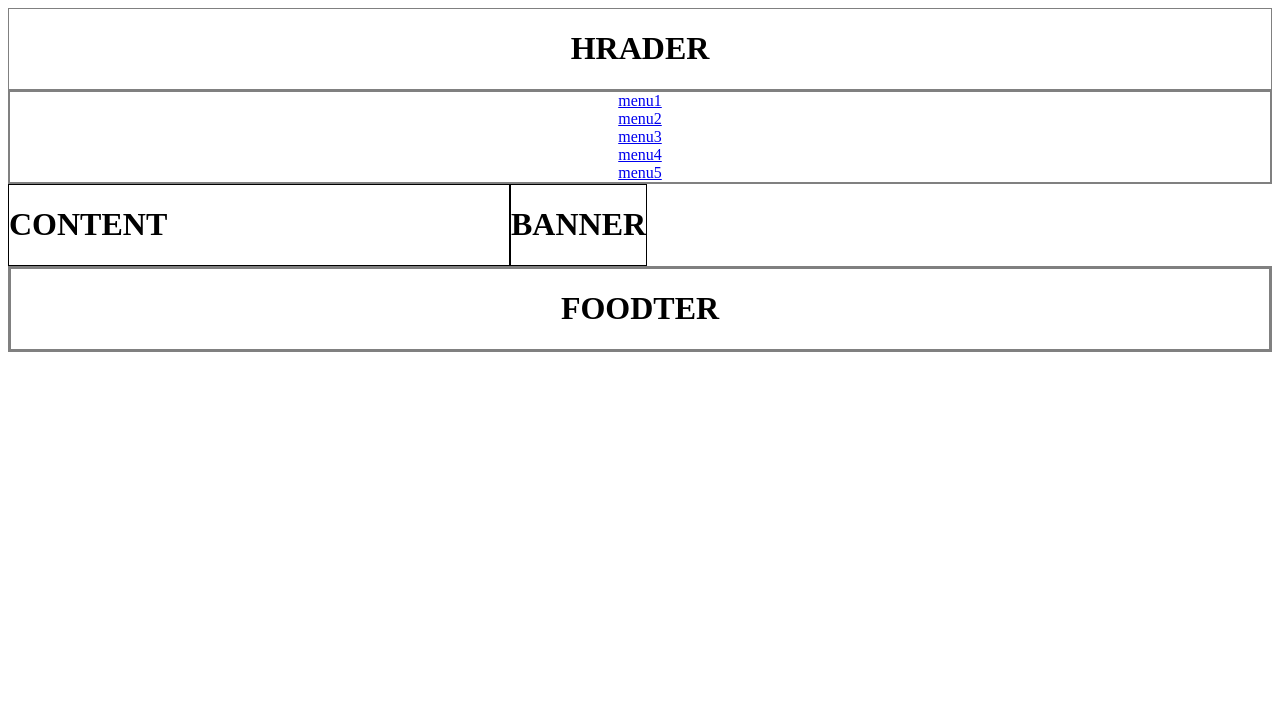
Repository: luna2222/web
Page: 01HTML5/WebContent/[11강]CSS3속성3/11_04_03Layout.html
An editor plug-in stored every save of this project. The page is shown before and after the next save, followed by the edit.
The browser window is 1280 px wide. The pictures show the whole page.

Above is the page before, as saved 2019-02-20 09:12:03.

After the next save:
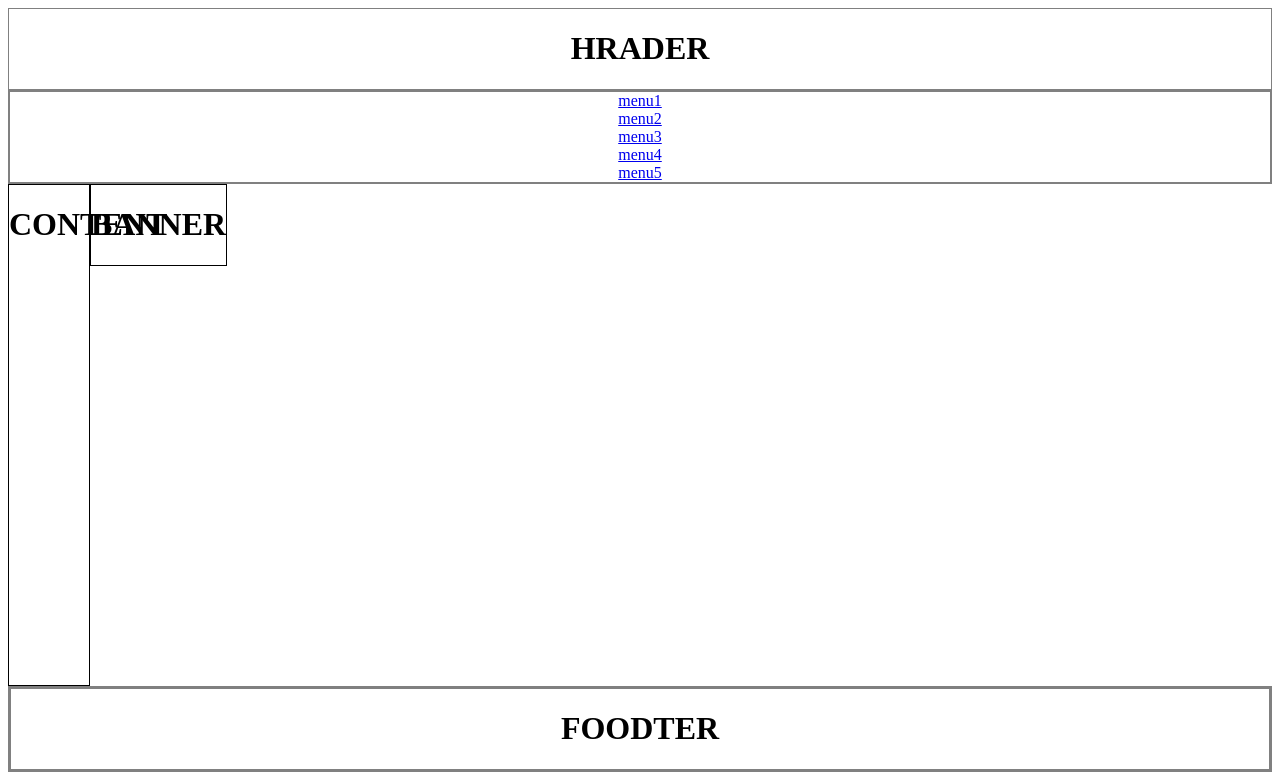
Saved 23 s later.
--- a/01HTML5/WebContent/[11강]CSS3속성3/11_04_03Layout.html
+++ b/01HTML5/WebContent/[11강]CSS3속성3/11_04_03Layout.html
@@ -19,7 +19,7 @@
 		}
 		#content{
 			width:80px;
-			width:500px;
+			height:500px;
 			border:1px solid ;
 			float:left;
 			}
